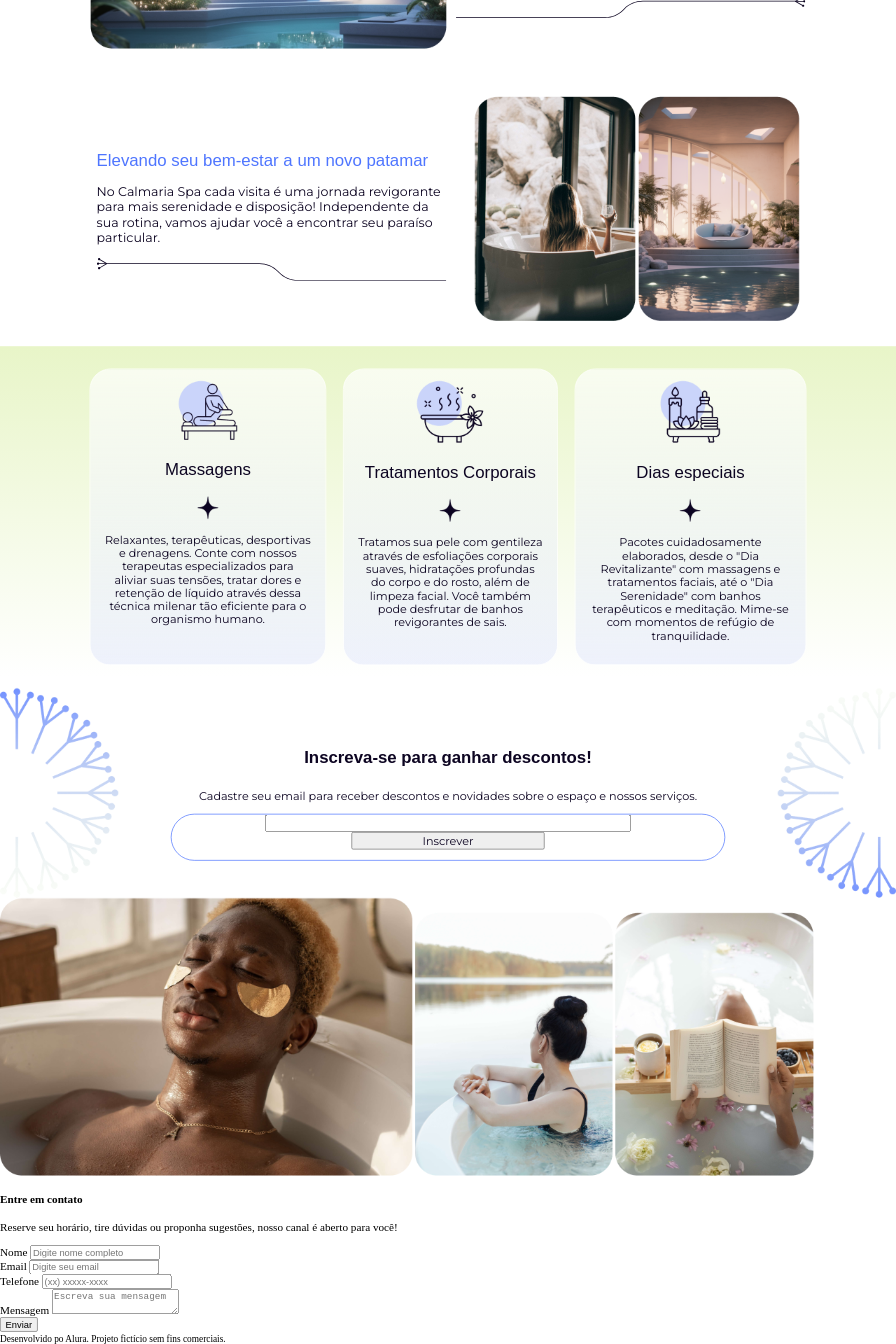
Repository: joaoPraiaJunior/curso-sass
Page: index.html
The author's editor kept a copy of each file at every save. The page is drawn from the files as they stood at one save, then again after the next save.
The browser window is 1280 px wide. The pictures show the part of the page from y = 1102 to 3022 px (the page is 3022 px tall), at 70% of full size.
Some web fonts or font styles are not loaded; a fallback is used. The style sheet was rebuilt from its Sass, Less or Tailwind sources for each picture, by a compiler version that may differ from the author's.

Above is the page before, as saved 2024-07-06 18:49:18.

### index.html
<!DOCTYPE html>
<html lang="pt-BR">

<head>
    <meta charset="UTF-8">
    <meta name="viewport" content="width=device-width, initial-scale=1.0">
    <link rel="stylesheet" href="/styles/styles.css">
    <link rel="preconnect" href="https://fonts.googleapis.com">
    <link rel="preconnect" href="https://fonts.gstatic.com" crossorigin>
    <link href="https://fonts.googleapis.com/css2?family=Krona+One&family=Montserrat:wght@400;600;700&display=swap" rel="stylesheet">
    <title>Calmaria</title>
</head>

<body>
    <header>
        <img src="./assets/logo.png" alt="logo">
        <nav>
            <ul>
                <li><a href="#nosso-espaco">Nosso espaço</a></li>
                <li><a href="#servico">Servicos</a></li>
                <li><a href="#contatos">Contato</a></li>
            </ul>
        </nav>
    </header>
    <main>
        <section id="home">
            <div class="home-conteudo">
                <div class="textos-home">
                    <h1>Boas-vindas ao seu refúgio de <span> paz e bem-estar</span></h1>
                    <button class="btn-main">Quero relaxar!</button>
                </div>
                <div class="img-home">
                    <img src="/assets/home-image.png" alt="Mulher de bruços recebendo massagem nas costas">
                </div>
            </div>
        </section>
        <section id="nosso-espaco">
            <div class="detalhes">
                <div class="imgs-espaco">
                    <img class="img-espaco" src="/assets/espaco-1.png" alt="Espaço iluminado pelo sol com design futurista composto por piscina e plantas">
                </div>
                <div class="espaco-textos">
                    <h2 class="titulo">Tecnologia e natureza potencializando seu relaxamento</h2>
                    <p class="infos">Oferecemos equipamentos de ponta, produtos certificados e uma equipe de
                        profissionais ultra qualificados para dissipar seu estresse e ajudar você na busca por
                        equilíbrio e tranquilidade.</p>
                    <img class="separador" src="./assets/separador-direita.svg" alt="separador de seções">
                </div>
            </div>
            <div class="detalhes">
                <div class="imgs-espaco">
                    <img class="img-espaco" src="/assets/espaco-2.png" alt="Mulher sentada numa banheira com uma taça na mão">
                    <img class="img-espaco" src="/assets/espaco-3.png" alt="Espaço com uma piscina e um sofá ao fundo">
                </div>
                <div class="espaco-textos">
                    <h2 class="titulo">Elevando seu bem-estar a um novo patamar</h2>
                    <p class="infos">No Calmaria Spa cada visita é uma jornada revigorante para mais serenidade e
                        disposição! Independente da sua rotina, vamos ajudar você a encontrar seu paraíso
                        particular.</p>
                    <img class="separador" src="./assets/separador-esquerda.svg" alt="separador de seções">
                </div>
            </div>
        </section>
        <section id="servico">

            <div class="cards">
                <div class="card">
                    <img src="/assets/icon-massagem.png" alt="Icone de massagem">
                    <h3 class="card-titulo">Massagens</h3>
                    <img src="./assets/Soft-Star.png" alt="soft star">
                    <p class="card-texto">Relaxantes, terapêuticas, desportivas e drenagens. Conte com nossos
                        terapeutas especializados para aliviar suas tensões, tratar dores e retenção de líquido
                        através
                        dessa técnica milenar tão eficiente para o organismo humano.</p>
                </div>
                <div class="card">
                    <img src="/assets/icon-tratamentos.png" alt="Icone de tratamento com figura de uma banheira">
                    <h3 class="card-titulo">Tratamentos Corporais</h3>
                    <img src="./assets/Soft-Star.png" alt="soft star">
                    <p class="card-texto">Tratamos sua pele com gentileza através de esfoliações corporais suaves,
                        hidratações profundas do corpo e do rosto, além de limpeza facial. Você também pode
                        desfrutar de
                        banhos revigorantes de sais.</p>
                </div>
                <div class="card">
                    <img src="/assets/icon-dias-especiais.png" alt="Icone de Dias especiais com figura de produtos">
                    <h3 class="card-titulo">Dias especiais</h3>
                    <img src="./assets/Soft-Star.png" alt="soft star">
                    <p class="card-texto">Pacotes cuidadosamente elaborados, desde o "Dia Revitalizante" com
                        massagens e tratamentos faciais, até o "Dia Serenidade" com banhos terapêuticos e meditação.
                        Mime-se com momentos de refúgio de tranquilidade.</p>
                </div>
            </div>

        </section>
        <section id="desconto">
            <img src="/assets/mandala-esquerda.png" alt="Mandala lado esquerdo">
            <div class="desconto-form">
                <h4>Inscreva-se para ganhar descontos!</h4>
                <p>Cadastre seu email para receber descontos e novidades sobre o espaço e nossos serviços.</p>
                <div class="input-btn">
                    <input type="email">
                    <button type="submit">Inscrever</button>
                </div>
            </div>
            <img src="/assets/mandala-direita.png" alt="Mandala lado direito">
        </section>
        <section id="contatos">
            <div class="contatos-imgs">
                <img src="/assets/contato-img-1.png" alt="Homem deitado em banheira">
                <img src="/assets/contato-img-2.png" alt="Mulher olhando para o horizonte dentro de uma banheira">
                <img src="/assets/contato-img-3.png" alt="Visão superior de um livro nas mãos de uma pessoa dentro de uma banheira">
            </div>
            <div class="contatos-form">
                <h4 class="titulo">Entre em contato</h4>
                <p class="infos">Reserve seu horário, tire dúvidas ou proponha sugestões, nosso canal é aberto para
                    você!</p>
                <form class="inputs">
                    <div class="form-group">
                        <label for="nomeContato">Nome</label>
                        <input type="text" id="nomeContato" placeholder="Digite nome completo">
                    </div>
                    <div class="form-group">
                        <label for="emailContato">Email</label>
                        <input type="email" id="emailContato" placeholder="Digite seu email">
                    </div>
                    <div class="form-group">
                        <label for="telefoneContato">Telefone</label>
                        <input type="text" id="telefoneContato" placeholder="(xx) xxxxx-xxxx">
                    </div>
                    <div class="form-group">
                        <label for="mensagemContato">Mensagem</label>
                        <textarea id="mensagemContato" placeholder="Escreva sua mensagem"></textarea>
                    </div>
                    <button class="btn">Enviar</button>
                </form>
            </div>
        </section>
    </main>
    <footer>
        <small>Desenvolvido po Alura. Projeto fictício sem fins comerciais.</small>
    </footer>
</body>

</html>

### styles/styles.scss
@use './abstract/root';

@use './components/header';
@use './components/home';
@use './components/nosso-espaco';
@use './components/servicos';
@use './components/desconto';

### styles/abstract/_root.scss
html {
  font-size: 62.5%;
}

body {
  font-size: 1.6rem;
  margin: 0;
  padding: 0;
  box-sizing: border-box;
}

### styles/components/_header.scss
@use "../abstract/variaveis";
@use "../abstract/mixins";

header {
  display: flex;
  flex-direction: column;
  align-items: center;
  gap: 1.6rem;
  background-color: variaveis.$cor-quaternaria;
  padding: 3.2rem;

  nav {
    border-top: 1px solid variaveis.$cor-primaria;
    width: 80%;

    ul {
      display: flex;
      justify-content: center;
      gap: 4.8rem;
      padding: 0;
      li {
        list-style-type: none;
        a {
            @include mixins.estilos-fontes(variaveis.$ft-textos, 2.2rem, variaveis.$cor-primaria);
          font-weight: 500;
          text-decoration: none;
          transition: all .1s ease-in-out;
          &:hover {
            font-weight: bolder;
          }
        }
      }
    }
  }
}

### styles/abstract/_variaveis.scss
//Variáveis
//Cores
$cor-primaria: #0C0421;
$cor-secundaria: #4e75ff;
$cor-terciaria: #85a0ff;
$cor-quaternaria: #E8F5C8;
$cor-default: #CAD4FA;
$gradiente-primario: linear-gradient(180deg, #E8F5C8 0%, #FFFFFF 96.87%);
$gradiente-secundario: linear-gradient(180deg, rgba(255, 255, 255, 0.7) 0%, rgba(202, 212, 250, 0.3) 100%);
//Fontes
$ft-textos: 'Montserrat', sans-serif;
$ft-titulos: 'Krona One', sans-serif;

### styles/abstract/_mixins.scss
@mixin margem-centralizada($width) {
    width: $width;
    margin: 0 auto;
}

@mixin estilos-fontes($font-family, $font-size, $font-color) {
    font-family: $font-family;
    font-size: $font-size;
    color: $font-color;
}

### styles/components/_home.scss
@use "../abstract/variaveis";
@use "../abstract/mixins";

#home {
  background: variaveis.$gradiente-primario;

  .home-conteudo {
    display: flex;
    align-items: center;
    @include mixins.margem-centralizada(80%);
    max-width: 1040px;
    .textos-home {
      max-width: 464px;
      h1 {
        font-family: variaveis.$ft-titulos;
        font-size: 4.2rem;
        color: variaveis.$cor-primaria;
        margin-bottom: 3.2rem;
        span {
          color: variaveis.$cor-secundaria;
        }
      }

      .btn-main {
        font-family: variaveis.$ft-textos;
        font-size: 2.2rem;
        font-weight: 600;
        color: variaveis.$cor-quaternaria;
        background-color: variaveis.$cor-secundaria;
        width: 28rem;
        border: none;
        padding: 2.4rem;
        border-radius: 40px;
        cursor: pointer;
        transition: all .3s ease-in-out;

        &:hover {
          color: variaveis.$cor-primaria;
          background-color: variaveis.$cor-default;
        }
      }
    }

    .img-home {
      max-width: 474px;
      img {
        width: 100%;
      }
    }
  }
}

### styles/components/_nosso-espaco.scss
@use "../abstract/variaveis";
@use "../abstract/mixins";

#nosso-espaco {
    @include mixins.margem-centralizada(80%);
    .detalhes {
        display: inline-flex;
        align-items: center;
        justify-content: space-around;
        gap: 2rem;
        width: 100%;
        padding: 3.2rem 0;
        .imgs-espaco {
            max-width: 500px;
        }

        .espaco-textos {
            @extend .imgs-espaco;
            .titulo {
                @include mixins.estilos-fontes(variaveis.$ft-titulos, 2.4rem, variaveis.$cor-secundaria);
                font-weight: 500;
            }

            .infos {
                @include mixins.estilos-fontes(variaveis.$ft-textos, 1.8rem, variaveis.$cor-primaria);
            }
            .separador {
                width: 100%;
            }
        }
        &:nth-child(2) {
            flex-direction: row-reverse;
        }
    }
}

### styles/components/_servicos.scss
@use "../abstract/variaveis";
@use "../abstract/mixins";

#servico {
    background: variaveis.$gradiente-primario;

    .cards {
        display: flex;
        gap: 2.4rem;
        @include mixins.margem-centralizada(80%);
        padding: 3.2rem 0;

        .card {
            background: variaveis.$gradiente-secundario;
            text-align: center;
            border: 1px solid #fff;
            padding: 1.6rem 2rem;
            border-radius: 3rem;

            &-titulo {
                @include mixins.estilos-fontes(variaveis.$ft-titulos, 2.4rem, variaveis.$cor-primaria);
                font-weight: 500;
            }
            &-texto {
                @include mixins.estilos-fontes(variaveis.$ft-textos, 1.6rem, variaveis.$cor-primaria);
            }
        }
    }
}

### styles/components/_desconto.scss
@use "../abstract/variaveis";
@use "../abstract/mixins";

#desconto {
  display: flex;
  align-items: center;
  justify-content: space-between;
  text-align: center;

  h4 {
    @include mixins.estilos-fontes(
      variaveis.$ft-titulos,
      2.4rem,
      variaveis.$cor-primaria
    );
  }
  p {
    @include mixins.estilos-fontes(
      variaveis.$ft-textos,
      1.6rem,
      variaveis.$cor-primaria
    );
  }

  .input-btn {
    $largura-input: 790px;
    width: $largura-input;
    height: 65px;
    margin: 0 auto;
    border: 1px solid variaveis.$cor-secundaria;
    border-radius: 65px;

    input {
        width: calc($largura-input  * 0.65);
        @include mixins.estilos-fontes(variaveis.$ft-textos, 1.6rem, variaveis.$cor-primaria);
    }
    button {
        width: calc($largura-input  * 0.35);
        @include mixins.estilos-fontes(variaveis.$ft-textos, 1.6rem, variaveis.$cor-primaria);
    }
  }
}

After the next save:
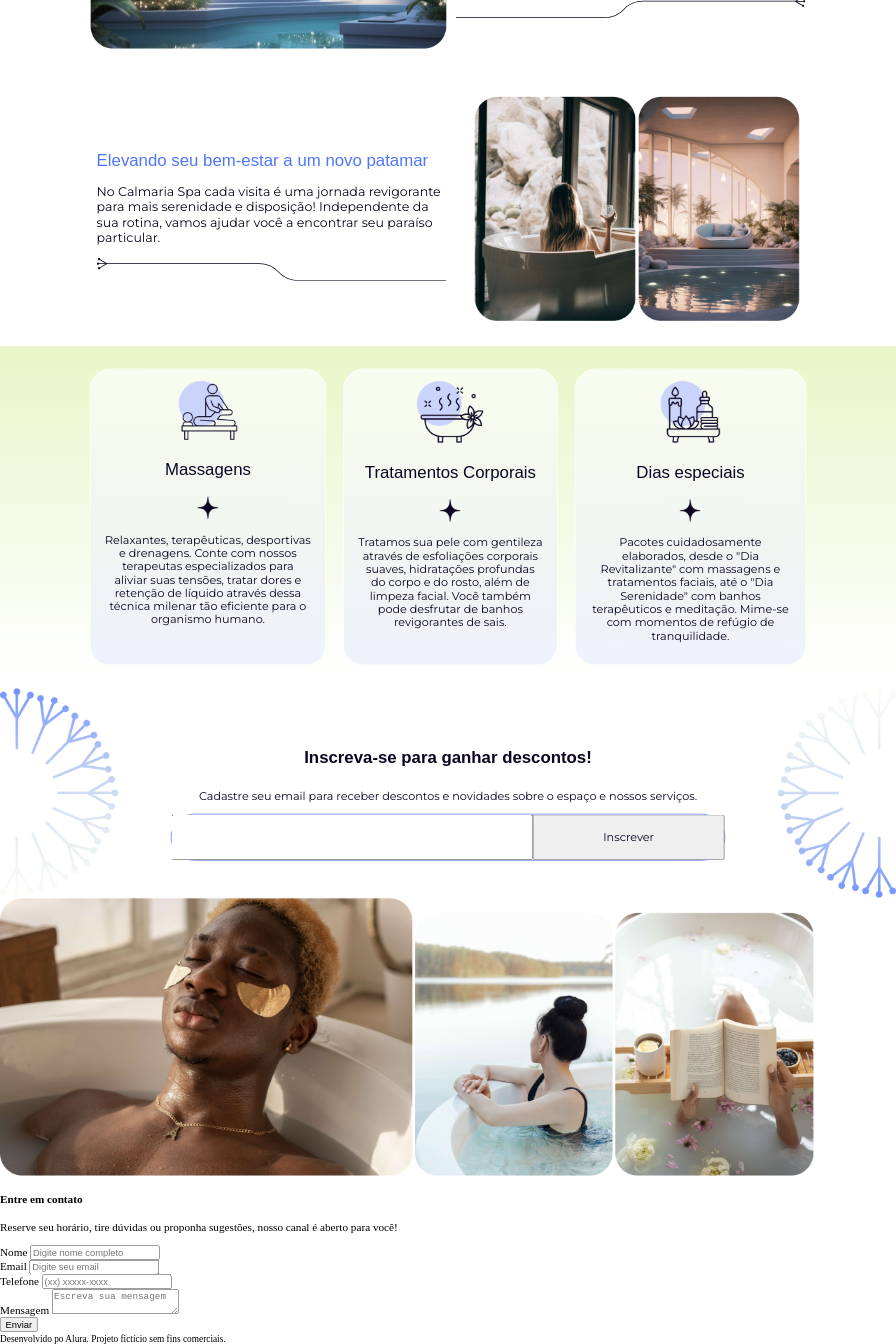
Saved 33 s later.
--- a/styles/components/_desconto.scss
+++ b/styles/components/_desconto.scss
@@ -23,6 +23,7 @@
   }
 
   .input-btn {
+    display: inline-flex;
     $largura-input: 790px;
     width: $largura-input;
     height: 65px;
